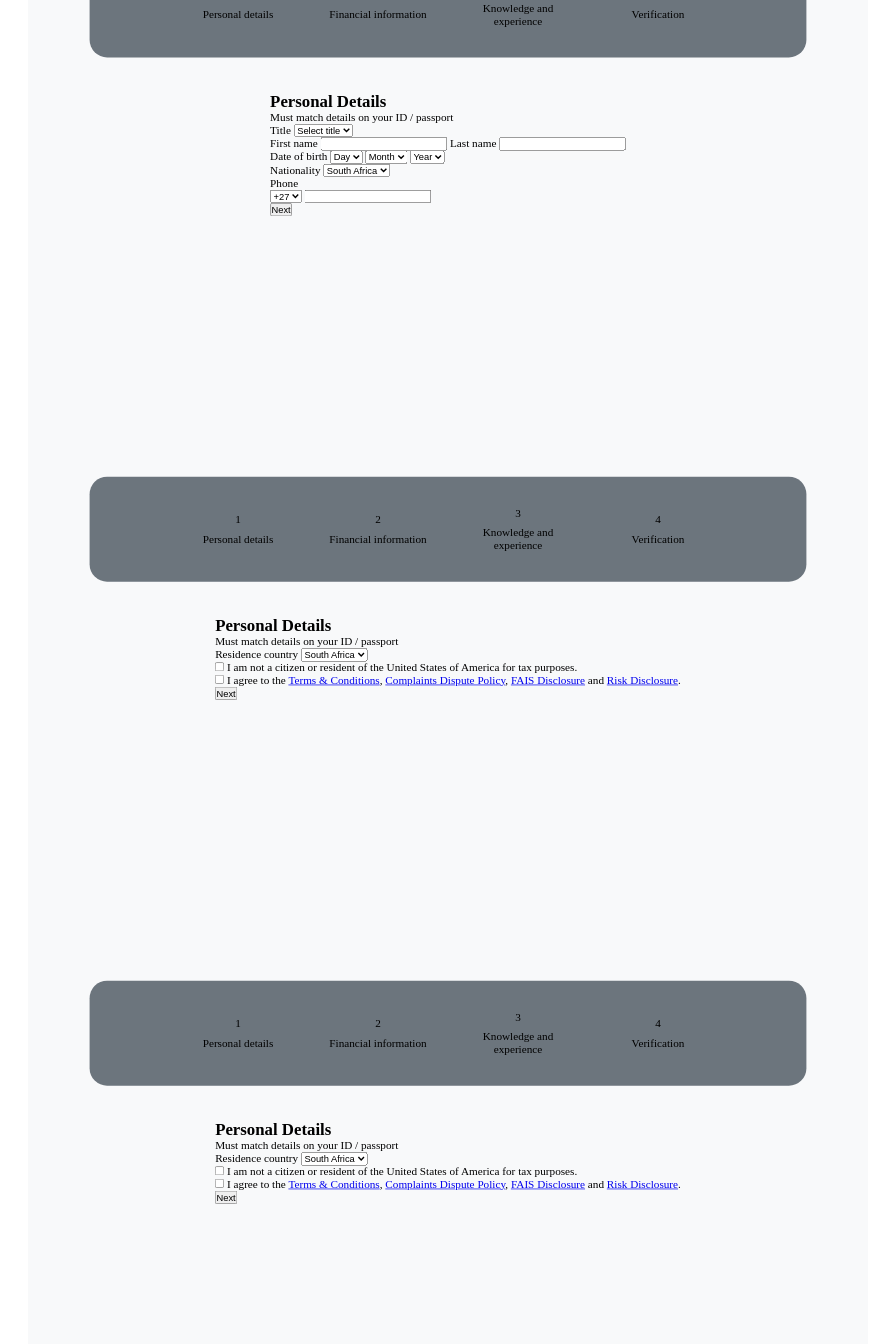
Repository: Jacques-Jaki-Morkel/vaultmarkets_SignupFlow
Page: index.HTML
An editor plug-in stored every save of this project. The page is shown before and after the next save, followed by the edit.
The browser window is 1280 px wide. The pictures show the part of the page from y = 960 to 2880 px (the page is 2880 px tall), at 70% of full size.

Above is the page before, as saved 2025-07-30 14:44:32.

### index.HTML
<!DOCTYPE html>
<html lang="en">

<head>
    <meta charset="UTF-8">
    <meta name="viewport" content="width=device-width, initial-scale=1.0">
    <title>Vault Markets - SignUP flow
    </title>
    <link rel="stylesheet" href="styles.css">
</head>

<body>
    <!-- Open account Section -  page 1  -->
    <section class="container-size openAccount-1">
        <div class="col-1">
            <h1>Open an account with Scope Markets</h1>
            <p>Join thousands of traders who trust Scope Markets for their trading needs.</p>
            <h2>Why trade with Scope Markets:</h2>
            <p>Here is why thousands of customers choose to trade with Scope Markets:</p>
            <ul>
                <li>Scope Invest account</li>
                <li>Competitive trading conditions</li>
                <li>Advanced trading platforms</li>
                <li>Fast and convenient transactions</li>
                <li>Excellent multilingual customer support</li>
                <li>Authorized and regulated by the FSCA</li>
            </ul>
        </div>

        <div class="col-2">
            <h2>Open an account</h2>
            <p>Already have an account? <a href="#">Login here</a></p>

            <form action="#" method="POST">
                <label for="email">E-mail</label>
                <input type="email" id="email" name="email" required>

                <label for="password">Password</label>
                <input type="password" id="password" name="password" required>

                <div>
                    <input type="checkbox" id="privacy" name="privacy" required>
                    <label for="privacy">I agree to the <a href="#">Privacy Policy</a>.</label>
                </div>

                <div>
                    <input type="checkbox" id="marketing" name="marketing">
                    <label for="marketing">I agree to receive marketing and promotional communications</label>
                </div>

                <button type="submit">Register</button>
            </form>
        </div>
    </section>

    <!-- Personal details Section -  page 1  -->
    <section class="container-size personal-2">
        <!-- Row 1: Progress Bar -->
        <div class="progress-bar-wrapper">
            <div class="progress-bar">
                <ol class="progress-steps">
                    <li>
                        <div>1</div>
                        <p>Personal details</p>
                    </li>
                    <li>
                        <div>2</div>
                        <p>Financial information</p>
                    </li>
                    <li>
                        <div>3</div>
                        <p>Knowledge and experience</p>
                    </li>
                    <li>
                        <div>4</div>
                        <p>Verification</p>
                    </li>
                </ol>
            </div>
        </div>

        <!-- Row 2: Form -->
        <div>
            <h2>Personal Details</h2>
            <p>Must match details on your ID / passport</p>

            <form action="#" method="POST">

                <!-- Title -->
                <div>
                    <label for="title">Title</label>
                    <select id="title" name="title" required>
                        <option value="">Select title</option>
                        <option value="mr">Mr</option>
                        <option value="mrs">Mrs</option>
                        <option value="ms">Ms</option>
                        <option value="dr">Dr</option>
                    </select>
                </div>

                <!-- Name -->
                <div>
                    <label for="first-name">First name</label>
                    <input type="text" id="first-name" name="first-name" required>

                    <label for="last-name">Last name</label>
                    <input type="text" id="last-name" name="last-name" required>
                </div>

                <!-- Date of Birth -->
                <div>
                    <label>Date of birth</label>
                    <select name="dob-day" required>
                        <option value="">Day</option>
                        <!-- Add 1–31 -->
                    </select>
                    <select name="dob-month" required>
                        <option value="">Month</option>
                        <!-- Add Jan–Dec -->
                    </select>
                    <select name="dob-year" required>
                        <option value="">Year</option>
                        <!-- Add dynamic years -->
                    </select>
                </div>

                <!-- Nationality -->
                <div>
                    <label for="nationality">Nationality</label>
                    <select id="nationality" name="nationality" required>
                        <option value="za" selected>South Africa</option>
                        <!-- Add more options -->
                    </select>
                </div>

                <!-- Phone -->
                <div>
                    <label for="phone">Phone</label>
                    <div>
                        <select name="country-code" required>
                            <option value="+27">+27</option>
                            <!-- Add other country codes if needed -->
                        </select>
                        <input type="tel" id="phone" name="phone" required>
                    </div>
                </div>

                <button type="submit">Next</button>
            </form>
    </section>
    <!-- End of Personal details Section - page 1 -->


    <!-- Personal details Section - page 2  continued -->
    <section class="container-size personal-2">
        <!-- Row 1: Progress Bar -->
        <div class="progress-bar-wrapper">
            <div class="progress-bar">
                <ol class="progress-steps">
                    <li>
                        <div>1</div>
                        <p>Personal details</p>
                    </li>
                    <li>
                        <div>2</div>
                        <p>Financial information</p>
                    </li>
                    <li>
                        <div>3</div>
                        <p>Knowledge and experience</p>
                    </li>
                    <li>
                        <div>4</div>
                        <p>Verification</p>
                    </li>
                </ol>
            </div>
        </div>

        <!-- Row 2: Form -->
        <div>
            <h2>Personal Details</h2>
            <p>Must match details on your ID / passport</p>

            <form action="#" method="POST">

                <!-- Residence Country -->
                <div>
                    <label for="residence-country">Residence country</label>
                    <select id="residence-country" name="residence-country" required>
                        <option value="za" selected>South Africa</option>
                        <!-- Add more countries as needed -->
                    </select>
                </div>

                <!-- FATCA Declaration -->
                <div>
                    <input type="checkbox" id="fatca" name="fatca" required>
                    <label for="fatca">I am not a citizen or resident of the United States of America for tax
                        purposes.</label>
                </div>

                <!-- Terms and Conditions Agreement -->
                <div>
                    <input type="checkbox" id="terms" name="terms" required>
                    <label for="terms">
                        I agree to the
                        <a href="#">Terms & Conditions</a>,
                        <a href="#">Complaints Dispute Policy</a>,
                        <a href="#">FAIS Disclosure</a> and
                        <a href="#">Risk Disclosure</a>.
                    </label>
                </div>

                <button type="submit">Next</button>
            </form>
    </section>
    <!-- End of Personal details Section - page 2 -->
    <!-- Personal details Section - page 3 continued -->
    <section class="container-size personal-2">
        <!-- Row 1: Progress Bar -->
        <div class="progress-bar-wrapper">
            <div class="progress-bar">
                <ol class="progress-steps">
                    <li>
                        <div>1</div>
                        <p>Personal details</p>
                    </li>
                    <li>
                        <div>2</div>
                        <p>Financial information</p>
                    </li>
                    <li>
                        <div>3</div>
                        <p>Knowledge and experience</p>
                    </li>
                    <li>
                        <div>4</div>
                        <p>Verification</p>
                    </li>
                </ol>
            </div>
        </div>

        <!-- Row 2: Form -->
        <div>
            <h2>Personal Details</h2>
            <p>Must match details on your ID / passport</p>

            <form action="#" method="POST">

                <!-- Residence Country -->
                <div>
                    <label for="residence-country">Residence country</label>
                    <select id="residence-country" name="residence-country" required>
                        <option value="za" selected>South Africa</option>
                        <!-- Add more countries as needed -->
                    </select>
                </div>

                <!-- FATCA Declaration -->
                <div>
                    <input type="checkbox" id="fatca" name="fatca" required>
                    <label for="fatca">I am not a citizen or resident of the United States of America for tax
                        purposes.</label>
                </div>

                <!-- Terms and Conditions Agreement -->
                <div>
                    <input type="checkbox" id="terms" name="terms" required>
                    <label for="terms">
                        I agree to the
                        <a href="#">Terms & Conditions</a>,
                        <a href="#">Complaints Dispute Policy</a>,
                        <a href="#">FAIS Disclosure</a> and
                        <a href="#">Risk Disclosure</a>.
                    </label>
                </div>

                <button type="submit">Next</button>
            </form>
    </section>
    <!-- End of Personal details Section - page 3 -->

    <script src="script.js"></script>
</body>

</html>

### styles.css
/* Reset and Base Styles */
* {
    margin: 0;
    padding: 0;
    box-sizing: border-box;
}

:root {
    --primary-color: #c89006;
    --secondary-color: #6c757d;
    --background-color: #f8f9fa;
    --text-color: #292929;
    --link-color: #007bff;
}

.container-size {
    max-width: 1200px;
    margin: 0 auto;
    padding: 0 20px;
}

/* start of sigh up flow styling here */

/* page #1 in sign up flow */
.openAccount-1

/* Signup open account start */
    {
    display: flex;
    flex-direction: row;
    align-items: center;
    justify-content: center;
    height: 100vh;
    background-color: var(--background-color);
}

/* Signup open account end */

/* Progress bar styling here */
.progress-bar-wrapper

/* progress bar */
    {
    margin-bottom: 50px;
}

.progress-bar {
    display: flex;
    flex-direction: row;
    align-items: center;
    justify-content: center;
    width: 80vw;
    height: 150px;
    background-color: var(--secondary-color);
    border-radius: 25px;

}

.progress-steps {
    gap: 50px;
    display: flex;
    justify-content: flex-start;
    flex-direction: row;
    align-items: center;
}

.progress-steps li {
    width: 150px;
    gap: 10px;
    display: flex;
    flex-direction: column;
    align-items: center;
}

.progress-steps li p {
    text-align: center;
}

/* page #2 in sign up flow */
.personal-2

/* Signup personal details */
    {
    display: flex;
    flex-direction: column;
    align-items: center;
    justify-content: center;
    height: 100vh;
    background-color: var(--background-color);
}

Loaded but not shown: script.js (no stored copy; drawn as an empty file)

After the next save:
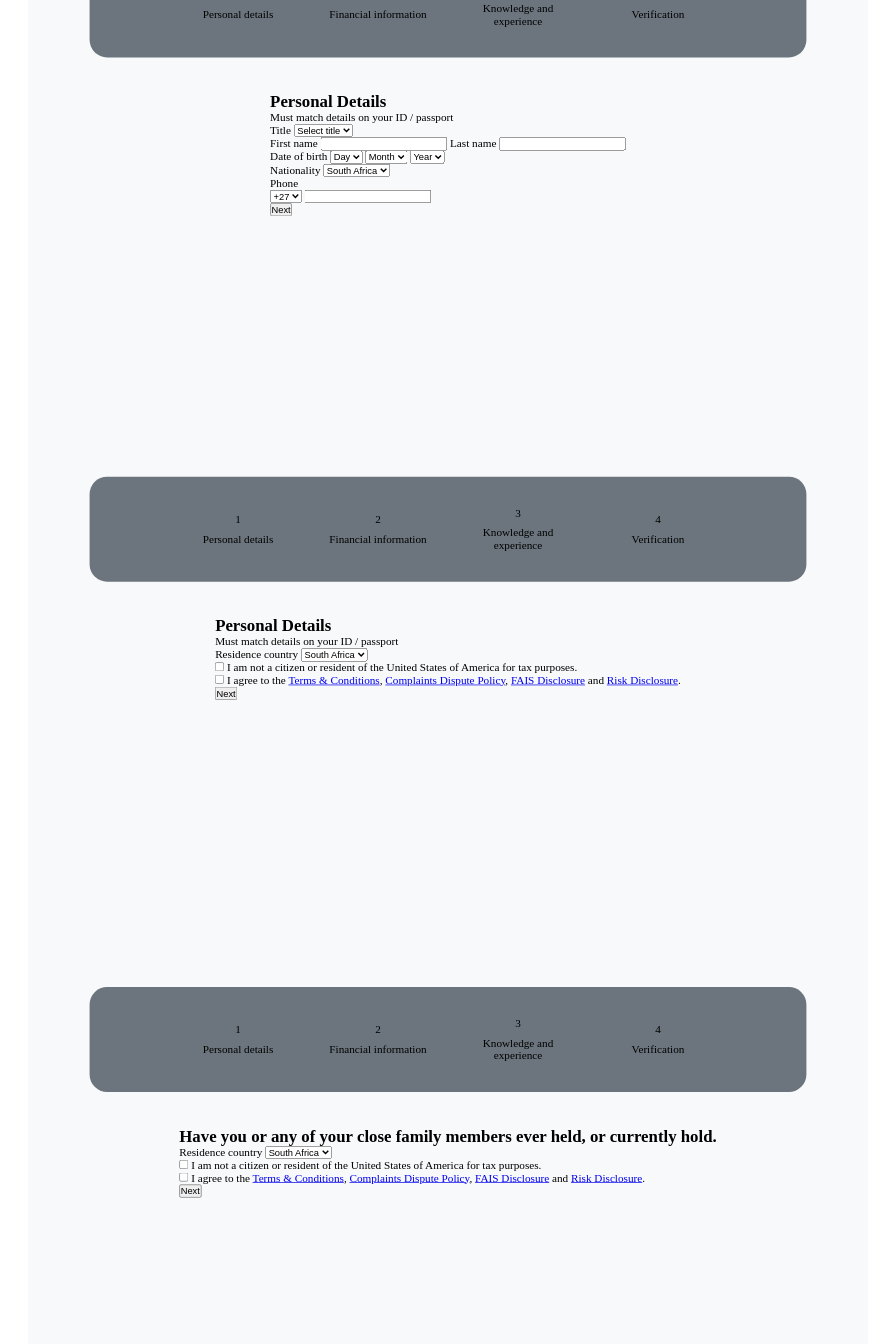
Saved 9 min 16 s later.
--- a/index.HTML
+++ b/index.HTML
@@ -216,6 +216,8 @@
             </form>
     </section>
     <!-- End of Personal details Section - page 2 -->
+
+
     <!-- Personal details Section - page 3 continued -->
     <section class="container-size personal-2">
         <!-- Row 1: Progress Bar -->
@@ -244,8 +246,8 @@
 
         <!-- Row 2: Form -->
         <div>
-            <h2>Personal Details</h2>
-            <p>Must match details on your ID / passport</p>
+            <h2>Have you or any of your close family members ever held, or currently hold.</h2>
+
 
             <form action="#" method="POST">
 
